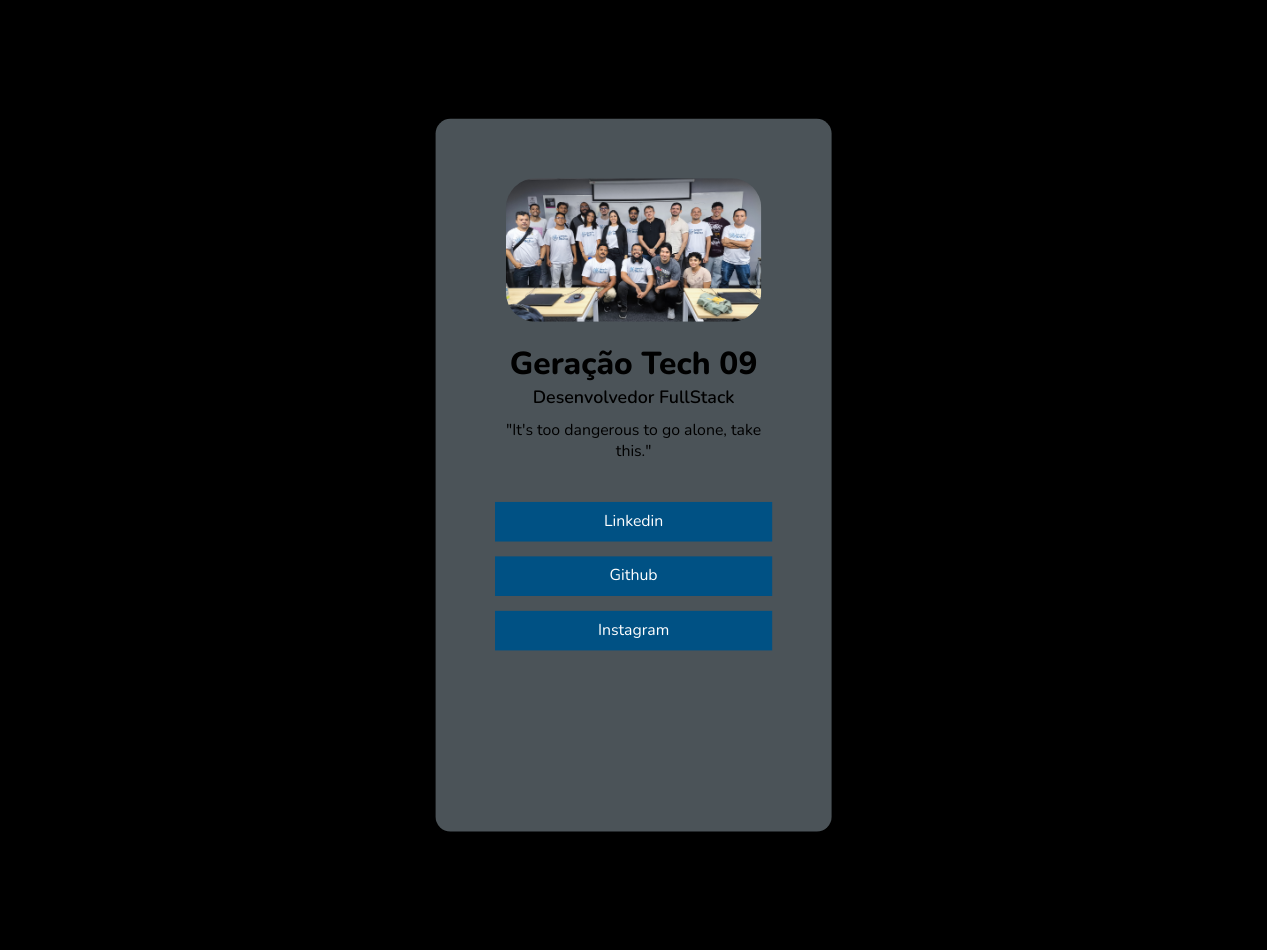
Repository: geracao-09/linktree-gt9
Page: index.html
The author's editor kept a copy of each file at every save. The page is drawn from the files as they stood at one save, then again after the next save.
The browser window is 1280 px wide. The pictures show the whole page, at 99% of full size.

Above is the page before, as saved 2025-04-11 10:09:54.

After the next save:
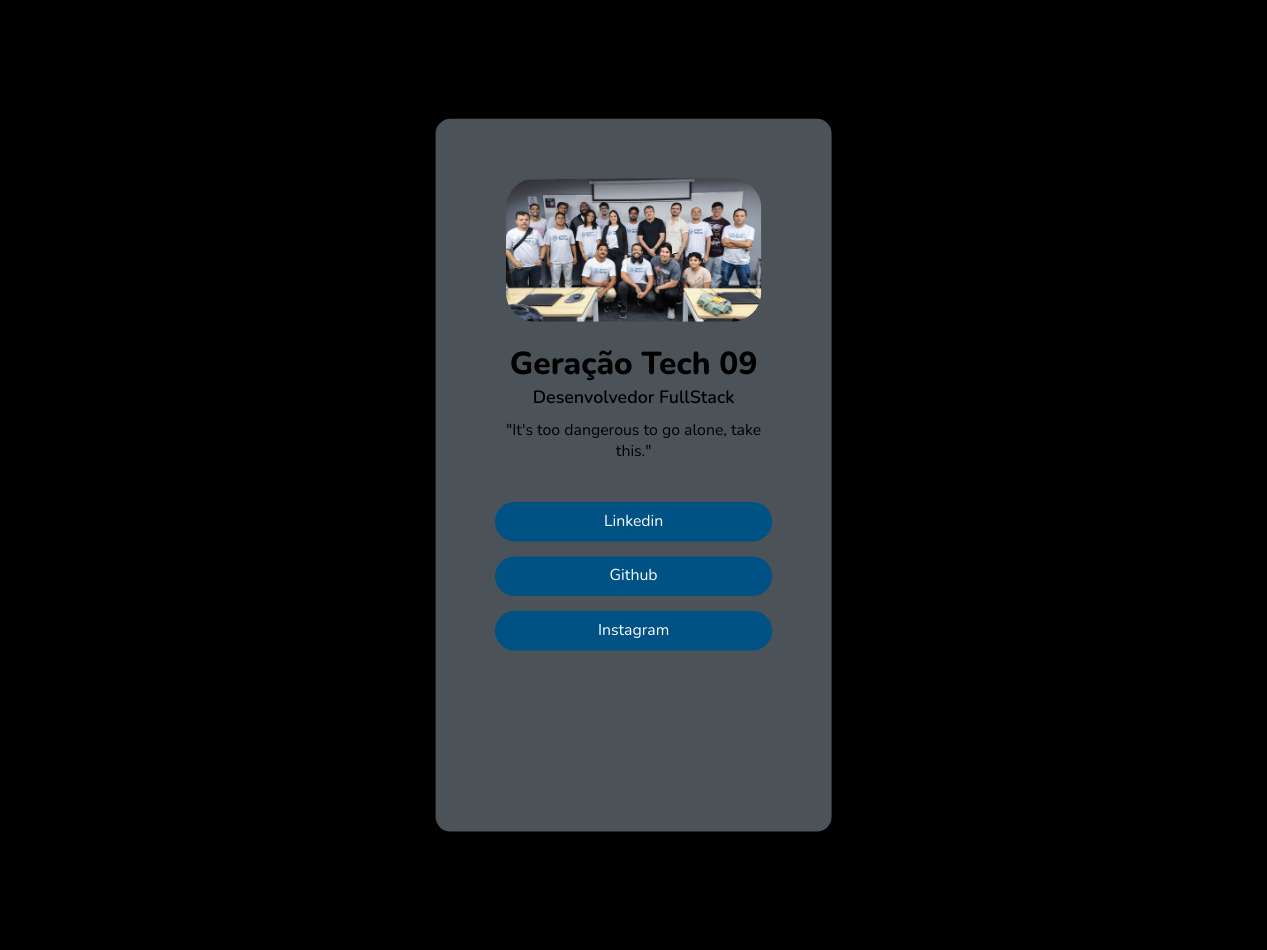
Saved 5 s later.
--- a/style.css
+++ b/style.css
@@ -57,5 +57,5 @@ body {
   background-color: #005184;
   margin: 15px 0;
   padding: 8px 0;
-  border-radius: ;
+  border-radius: 20px;
 }
